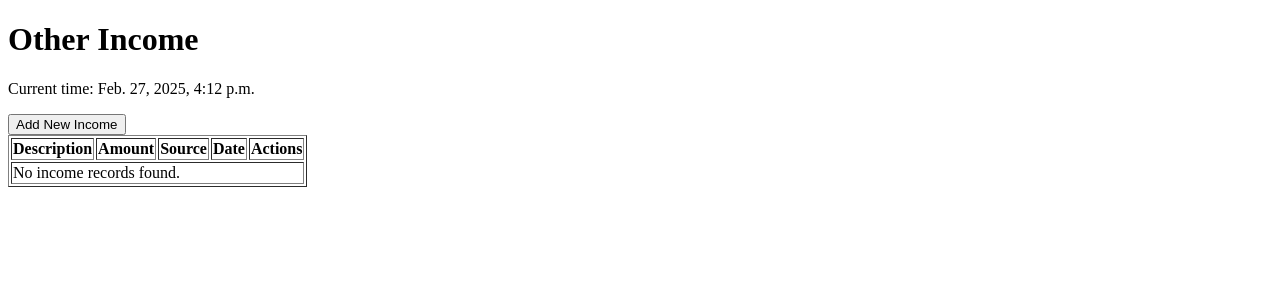
Repository: Jijiluzana225/lugawan_pitlane
Page: http://localhost/other-income/
An editor plug-in stored every save of this project. The page is shown before and after the next save, followed by the edit.
The browser window is 1280 px wide. The pictures show the whole page.
The page is served by the project's application, run on Django 5.2 (manage.py). Other server files are loaded and not shown. Queries for data that is not in the repository find no rows.

Above is the page before, as saved 2025-03-07 09:06:57.

### pos/templates/pos/other_income.html
<!DOCTYPE html>
<html lang="en">
<head>
    <title>Other Income</title>
</head>
<body>
    <h1>Other Income</h1>
    <p>Current time: {{ current_time }}</p>

    <!-- Button to Add New Income -->
    <a href="{% url 'add_other_income' %}">
        <button>Add New Income</button>
    </a>

    <table border="1">
        <thead>
            <tr>
                <th>Description</th>
                <th>Amount</th>
                <th>Source</th>
                <th>Date</th>
                <th>Actions</th>
            </tr>
        </thead>
        <tbody>
            {% for income in other_income %}
            <tr>
                <td>{{ income.description }}</td>
                <td>₱{{ income.amount }}</td>
                <td>{{ income.source|default:"N/A" }}</td>
                <td>{{ income.datetimestamp|date:"Y-m-d H:i:s" }}</td>
                <td>
                    <a href="{% url 'edit_other_income' income.id %}">
                        <button>Edit</button>
                    </a>

                    <form action="{% url 'delete_other_income' income.id %}" method="post" style="display:inline;">
                        {% csrf_token %}
                        <button type="submit" onclick="return confirm('Are you sure you want to delete this income record?')">Delete</button>
                    </form>
                </td>
            </tr>
            {% empty %}
            <tr>
                <td colspan="5">No income records found.</td>
            </tr>
            {% endfor %}
        </tbody>
    </table>
</body>
</html>

### pos/views.py

from django.shortcuts import render
from django.db.models import Sum, F
from django.utils.timezone import activate, localtime, now
from datetime import date
from .models import Product, OrderItem, Category

def catalog(request):
    # Set timezone to Philippines
    activate('Asia/Manila')

    # Get today's date in local timezone
    local_now = localtime(now())
    local_today = local_now.date()

    # Calculate total sales for the day from OrderItem model
    total_sales = OrderItem.objects.filter(
        datetimestamp__date=local_today
    ).annotate(
        total_price=F('product__price') * F('quantity')  # Calculate total price per item
    ).aggregate(
        total=Sum('total_price')
    )['total'] or 0

    # Fetch categories
    categories = Category.objects.prefetch_related('product_set').all()

    # Fetch today's orders, ensuring timestamps are converted to local time
    todays_orders = OrderItem.objects.filter(
        datetimestamp__date=local_today
    ).select_related('product').order_by('-datetimestamp')

    return render(request, 'pos/catalog.html', {
        'categories': categories,
        'total_sales': total_sales,
        'todays_orders': todays_orders
    })

from django.shortcuts import redirect, get_object_or_404
from django.utils.timezone import now
from .models import Product, OrderItem

def add_to_order(request):
    if request.method == 'POST':
        product_id = request.POST.get('product_id')
        quantity = int(request.POST.get('quantity', 1))  # Get quantity, default to 1 if missing
        product = get_object_or_404(Product, id=product_id)

        # Always create a new OrderItem record with the provided quantity
        OrderItem.objects.create(
            product=product,
            quantity=quantity,
            datetimestamp=now()
        )

    return redirect('catalog')


from django.shortcuts import render
from django.db.models import Sum, F
from django.utils.timezone import now
from datetime import date
from .models import Product, OrderItem

def menu(request):
    categories = Product.objects.select_related('category').all()

    # Calculate total sales for the day from OrderItem model
    today = date.today()
    total_sales = OrderItem.objects.filter(
        datetimestamp__date=today
    ).annotate(
        total_price=F('product__price') * F('quantity')  # Calculate total price per item
    ).aggregate(
        total=Sum('total_price')
    )['total'] or 0

    return render(request, 'pos/catalog.html', {
        'categories': categories,
        'total_sales': total_sales
    })
from django.shortcuts import render
from django.utils.timezone import localtime, now
from datetime import date
from .models import OrderItem, Expense, OtherIncome
from django.db.models import Sum, F

def order_history(request):
    selected_date = request.GET.get('date', str(date.today()))

    # Orders
    orders = OrderItem.objects.filter(datetimestamp__date=selected_date).select_related('product')
    total_orders = orders.annotate(total_price=F('product__price') * F('quantity')).aggregate(total=Sum('total_price'))['total'] or 0

    # Expenses
    expenses = Expense.objects.filter(datetimestamp__date=selected_date)
    total_expenses = expenses.aggregate(total=Sum('amount'))['total'] or 0

    # Other Income
    other_income = OtherIncome.objects.filter(datetimestamp__date=selected_date)
    total_other_income = other_income.aggregate(total=Sum('amount'))['total'] or 0

    # General Total (Orders + Other Income - Expenses)
    general_total = (total_orders + total_other_income) - total_expenses

    context = {
        'orders': orders,
        'total_orders': total_orders,
        'expenses': expenses,
        'total_expenses': total_expenses,
        'other_income': other_income,
        'total_other_income': total_other_income,
        'general_total': general_total,
        'selected_date': selected_date,
    }

    return render(request, 'pos/order_history.html', context)



from django.shortcuts import render
from .models import Expense, OtherIncome
from django.utils.timezone import localtime, now


# def expense_list(request):
#     local_now = localtime(now())
#     expenses = Expense.objects.all().order_by('-datetimestamp')
#     return render(request, 'pos/expenses.html', {'expenses': expenses, 'current_time': local_now})


# def other_income_list(request):
#     local_now = localtime(now())
#     other_income = OtherIncome.objects.all().order_by('-datetimestamp')
#     return render(request, 'pos/other_income.html', {'other_income': other_income, 'current_time': local_now})


from django.shortcuts import render, redirect, get_object_or_404
from .models import Expense
from .forms import ExpenseForm
from django.utils.timezone import localtime, now


def expense_list(request):
    local_now = localtime(now())
    expenses = Expense.objects.all().order_by('-datetimestamp')
    return render(request, 'pos/expenses.html', {'expenses': expenses, 'current_time': local_now})


def add_expense(request):
    if request.method == 'POST':
        form = ExpenseForm(request.POST)
        if form.is_valid():
            form.save()
            return redirect('expense_list')
    else:
        form = ExpenseForm()
    return render(request, 'pos/expense_form.html', {'form': form})


def edit_expense(request, expense_id):
    expense = get_object_or_404(Expense, id=expense_id)
    if request.method == 'POST':
        form = ExpenseForm(request.POST, instance=expense)
        if form.is_valid():
            form.save()
            return redirect('expense_list')
    else:
        form = ExpenseForm(instance=expense)
    return render(request, 'pos/expense_form.html', {'form': form})


def delete_expense(request, expense_id):
    expense = get_object_or_404(Expense, id=expense_id)
    if request.method == 'POST':
        expense.delete()
        return redirect('expense_list')


from django.shortcuts import render, redirect, get_object_or_404
from .models import Expense, OtherIncome
from .forms import ExpenseForm, OtherIncomeForm
from django.utils.timezone import localtime, now


# Other Income Views
def other_income_list(request):
    local_now = localtime(now())
    other_income = OtherIncome.objects.all().order_by('-datetimestamp')
    return render(request, 'pos/other_income.html', {'other_income': other_income, 'current_time': local_now})


def add_other_income(request):
    if request.method == 'POST':
        form = OtherIncomeForm(request.POST)
        if form.is_valid():
            form.save()
            return redirect('other_income_list')
    else:
        form = OtherIncomeForm()
    return render(request, 'pos/other_income_form.html', {'form': form})


def edit_other_income(request, income_id):
    income = get_object_or_404(OtherIncome, id=income_id)
    if request.method == 'POST':
        form = OtherIncomeForm(request.POST, instance=income)
        if form.is_valid():
            form.save()
            return redirect('other_income_list')
    else:
        form = OtherIncomeForm(instance=income)
    return render(request, 'pos/other_income_form.html', {'form': form})


def delete_other_income(request, income_id):
    income = get_object_or_404(OtherIncome, id=income_id)
    if request.method == 'POST':
        income.delete()
        return redirect('other_income_list')

### lugaw_pos/urls.py
from django.contrib import admin
from django.urls import path, include

urlpatterns = [
    path('admin/', admin.site.urls),
    path('', include('pos.urls')),
]

### pos/urls.py
from django.urls import path
from . import views

urlpatterns = [
    path('menu/', views.menu, name='menu'),

    path('', views.catalog, name='catalog'),  # New catalog page
    path('add-to-order/', views.add_to_order, name='add_to_order'),  # New URL for adding to order
    path('order-history/', views.order_history, name='order_history'),

    path('expenses/', views.expense_list, name='expense_list'),
    path('expenses/add/', views.add_expense, name='add_expense'),
    path('expenses/edit/<int:expense_id>/', views.edit_expense, name='edit_expense'),
    path('expenses/delete/<int:expense_id>/', views.delete_expense, name='delete_expense'),

    path('other-income/', views.other_income_list, name='other_income_list'),
    path('other-income/add/', views.add_other_income, name='add_other_income'),
    path('other-income/edit/<int:income_id>/', views.edit_other_income, name='edit_other_income'),
    path('other-income/delete/<int:income_id>/', views.delete_other_income, name='delete_other_income'),

]

After the next save:
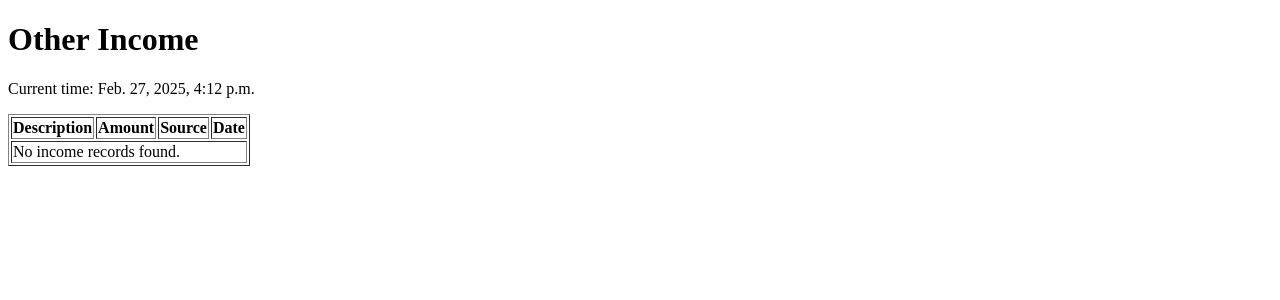
Saved 3 s later.
--- a/pos/templates/pos/other_income.html
+++ b/pos/templates/pos/other_income.html
@@ -6,12 +6,6 @@
 <body>
     <h1>Other Income</h1>
     <p>Current time: {{ current_time }}</p>
-
-    <!-- Button to Add New Income -->
-    <a href="{% url 'add_other_income' %}">
-        <button>Add New Income</button>
-    </a>
-
     <table border="1">
         <thead>
             <tr>
@@ -19,7 +13,6 @@
                 <th>Amount</th>
                 <th>Source</th>
                 <th>Date</th>
-                <th>Actions</th>
             </tr>
         </thead>
         <tbody>
@@ -29,20 +22,10 @@
                 <td>₱{{ income.amount }}</td>
                 <td>{{ income.source|default:"N/A" }}</td>
                 <td>{{ income.datetimestamp|date:"Y-m-d H:i:s" }}</td>
-                <td>
-                    <a href="{% url 'edit_other_income' income.id %}">
-                        <button>Edit</button>
-                    </a>
-
-                    <form action="{% url 'delete_other_income' income.id %}" method="post" style="display:inline;">
-                        {% csrf_token %}
-                        <button type="submit" onclick="return confirm('Are you sure you want to delete this income record?')">Delete</button>
-                    </form>
-                </td>
             </tr>
             {% empty %}
             <tr>
-                <td colspan="5">No income records found.</td>
+                <td colspan="4">No income records found.</td>
             </tr>
             {% endfor %}
         </tbody>

After the 3 saves that followed:
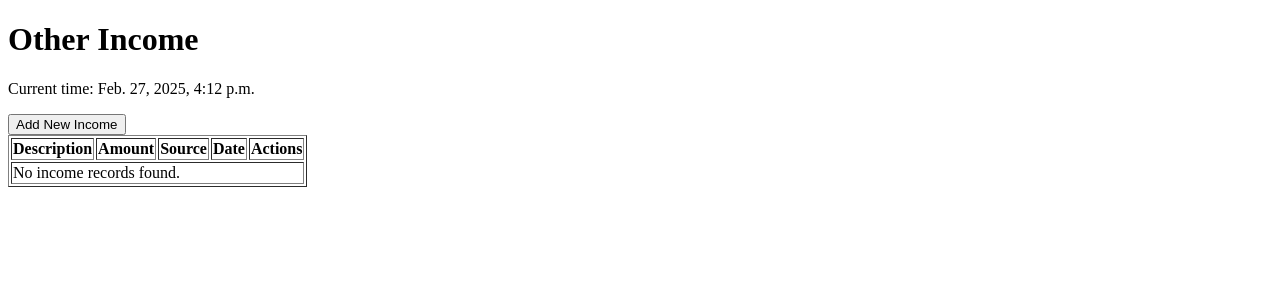
The 3 saves are shown as one change because 1 did not build or start and 1 left the picture as it was.
The last was saved 4 min 25 s later.
--- a/pos/templates/pos/other_income.html
+++ b/pos/templates/pos/other_income.html
@@ -6,6 +6,12 @@
 <body>
     <h1>Other Income</h1>
     <p>Current time: {{ current_time }}</p>
+
+    <!-- Button to Add New Income -->
+    <a href="{% url 'add_other_income' %}">
+        <button>Add New Income</button>
+    </a>
+
     <table border="1">
         <thead>
             <tr>
@@ -13,6 +19,7 @@
                 <th>Amount</th>
                 <th>Source</th>
                 <th>Date</th>
+                <th>Actions</th>
             </tr>
         </thead>
         <tbody>
@@ -22,10 +29,20 @@
                 <td>₱{{ income.amount }}</td>
                 <td>{{ income.source|default:"N/A" }}</td>
                 <td>{{ income.datetimestamp|date:"Y-m-d H:i:s" }}</td>
+                <td>
+                    <a href="{% url 'edit_other_income' income.id %}">
+                        <button>Edit</button>
+                    </a>
+
+                    <form action="{% url 'delete_other_income' income.id %}" method="post" style="display:inline;">
+                        {% csrf_token %}
+                        <button type="submit" onclick="return confirm('Are you sure you want to delete this income record?')">Delete</button>
+                    </form>
+                </td>
             </tr>
             {% empty %}
             <tr>
-                <td colspan="4">No income records found.</td>
+                <td colspan="5">No income records found.</td>
             </tr>
             {% endfor %}
         </tbody>
